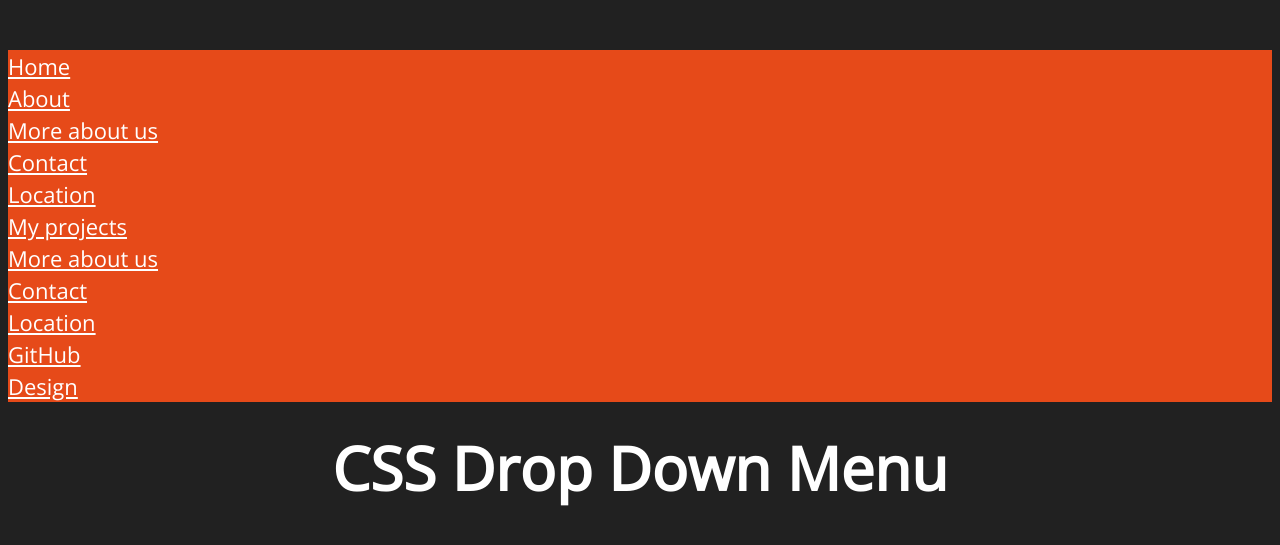
Repository: alikahwaji/HTML-CSS-workshop
Page: index.html
The author's editor kept a copy of each file at every save. The page is drawn from the files as they stood at one save, then again after the next save.
The browser window is 1280 px wide. The pictures show the whole page.

Above is the page before, as saved 2019-10-29 12:01:31.

After the next save:
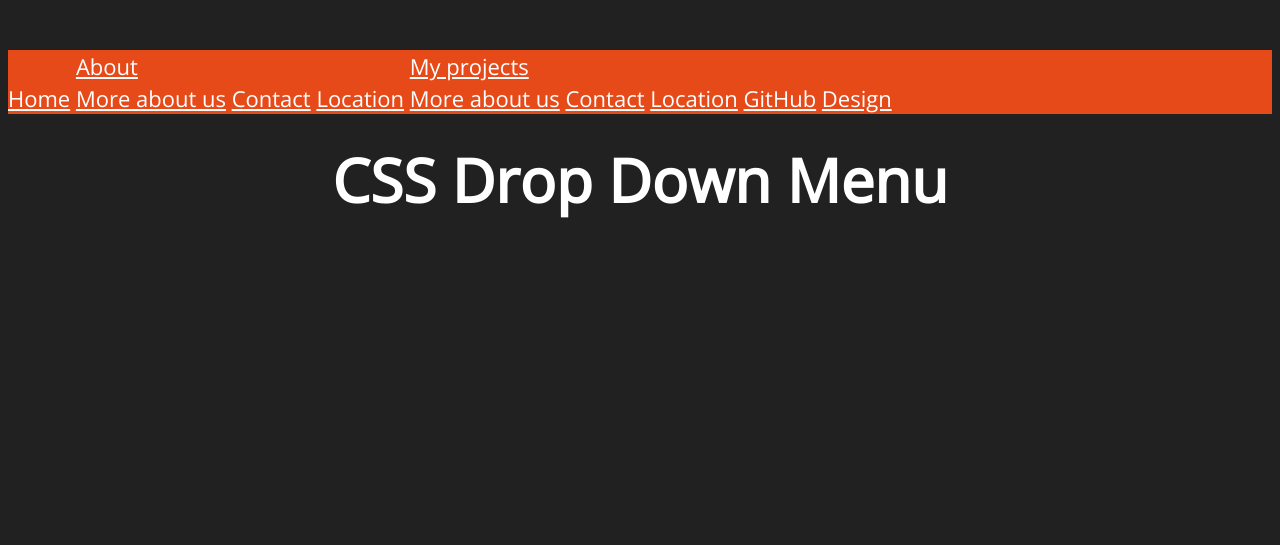
Saved 77 s later.
--- a/index.css
+++ b/index.css
@@ -35,3 +35,8 @@ nav ul {
     list-style: none;
     position: relative;
 }
+
+nav ul li {
+    display: inline-block;
+    background-color: #e64a19;
+}
